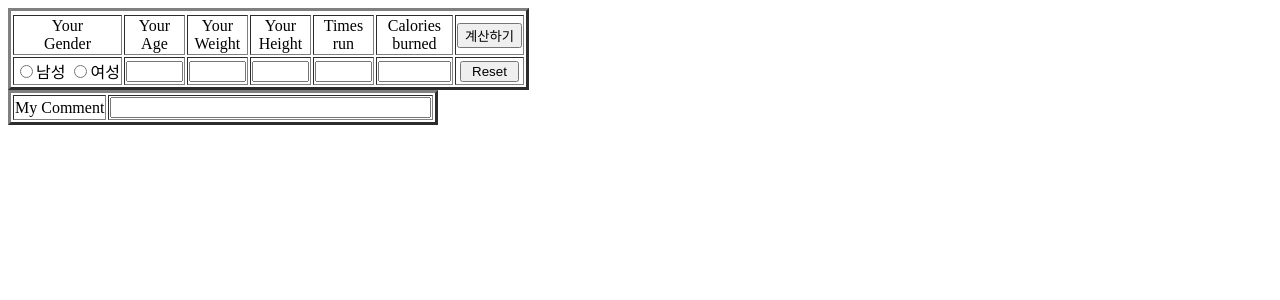
Repository: lgy880/AIWebDevelopment
Page: RUN_WAY/src/main/resources/static/html/ver2.html
These files come from the project's save history. The page is drawn as it stood at one moment and after a run of saves; the edit follows.
The browser window is 1280 px wide. The pictures show the whole page.

Above is the page before, as saved 2021-08-05 07:00:21.

### RUN_WAY/src/main/resources/static/html/ver2.html
<!DOCTYPE html>
<html>
<head>
<meta charset="UTF-8">
<title>Insert title here</title>
</HEAD>

<BODY>
	<script type="text/javascript">
		var myGender;
		var myAge;
		var myHeight;
		var myWeight;
		var myDistance;

		function HowMany(form) {
			var difference;
			difference = (66 + (13.7 * myWeight(kg)) + (5 * myHeight(cm)) - (6.8 * myAge))
					* 3 / 24 * myTime;
			//if (myGender == "Male") {
			//	difference = (66 + (13.7 * myWeight(kg)) + (5 * myHeight(cm)) - (6.8 * myAge)) * 3 / 24 * myTime;
			//} else if (myGender == "Female") {
			//	difference = (55 + (9.6 * myWeight(kg)) + (1.8 * myHeight(cm)) - (4.7 * myAge)) * 3 / 24 * myTime;
			//}

			form.Fdiff.value = difference;

			if (difference < 100) {
				form.comment.value = "You better start working!";
			}
			if (difference > 101 && difference < 200) {
				form.comment.value = "Nice run, but you can do better.";
			}
			if (difference > 201 && difference < 300) {
				form.comment.value = "Very good! Push above 300 next time.";
			}
			if (difference > 301 && difference < 500) {
				form.comment.value = "Great! Your a runner.....keep it up!";
			}
			if (difference > 501 && difference < 700) {
				form.comment.value = "Bill Rogers move over!";
			}
			if (difference > 701) {
				form.comment.value = "Your my hero! Have a jelly doughnut.";
			}

		}

		function SetMyWeight(weight) {
			myWeight = weight.value;
		}

		function SetmyDistance(dis) {
			myDistance = dis.value;
		}

		function ClearForm(form) {

			form.myWeight.value = "";
			form.myDistance.value = "";
			form.Fdiff.value = "";
			form.comment.value = "";

		}
	</script>
	<FORM METHOD="POST">
		<TABLE border=3>
			<TR>
			<TR>
				<TD><div align=center>
						Your<br>Gender
					</div></TD>
				<TD><div align=center>
						Your<br>Age
					</div></TD>
				<TD><div align=center>
						Your<br>Weight
					</div></TD>
				<TD><div align=center>
						Your<br>Height
					</div></TD>
				<TD><div align=center>
						Times<br>run
					</div></TD>

				<TD><div align=center>
						Calories<br>burned
					</div></TD>
				<TD><INPUT TYPE=BUTTON ONCLICK="HowMany(this.form)"
					VALUE="계산하기"></TD>
			</TR>
			<tr>
				<TD>
					<div align=center>
						<INPUT TYPE='radio' name="Male" value='Male'>남성
						<INPUT TYPE='radio' name="Female" value='Female'>여성
					</div>
				</TD>
				<TD>
					<div align=center>
						<INPUT TYPE=text id='myAge' SIZE="4">
					</div>
				</TD>
				<TD><div align=center>
						<INPUT TYPE=text id='myWeight' SIZE="4">
					</div></TD>
				<TD><div align=center>
						<INPUT TYPE=text id='myHeight' SIZE="4">
					</div></TD>
				<TD><div align=center>
						<INPUT TYPE=text id='myTime' SIZE="4">
					</div></TD>
				<TD><div align=center>
						<INPUT TYPE=text NAME="Fdiff" VALUE="" SIZE="6">
					</div></TD>
				<TD><div align=center>
						<INPUT TYPE=BUTTON VALUE=" Reset " onClick="ClearForm(this.form)">
					</div>
			</tr>
		</table>
		<table border='3'>
			<tr>
				<TD><DIV ALIGN=CENTER>My Comment</DIV></TD>
				<TD><INPUT TYPE=text NAME="comment" size="37"></td>
			</TR>
		</TABLE>
	</FORM>


</BODY>
</HTML>

After the next 2 saves:
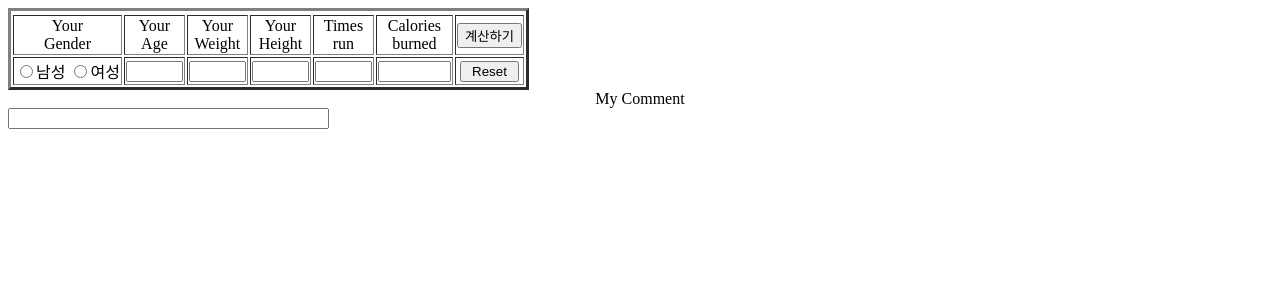
The 2 saves are shown as one change because they came seconds apart.
The last was saved 7 s later.
--- a/RUN_WAY/src/main/resources/static/html/ver2.html
+++ b/RUN_WAY/src/main/resources/static/html/ver2.html
@@ -118,12 +118,10 @@
 					</div>
 			</tr>
 		</table>
-		<table border='3'>
 			<tr>
 				<TD><DIV ALIGN=CENTER>My Comment</DIV></TD>
 				<TD><INPUT TYPE=text NAME="comment" size="37"></td>
 			</TR>
-		</TABLE>
 	</FORM>
 
 
